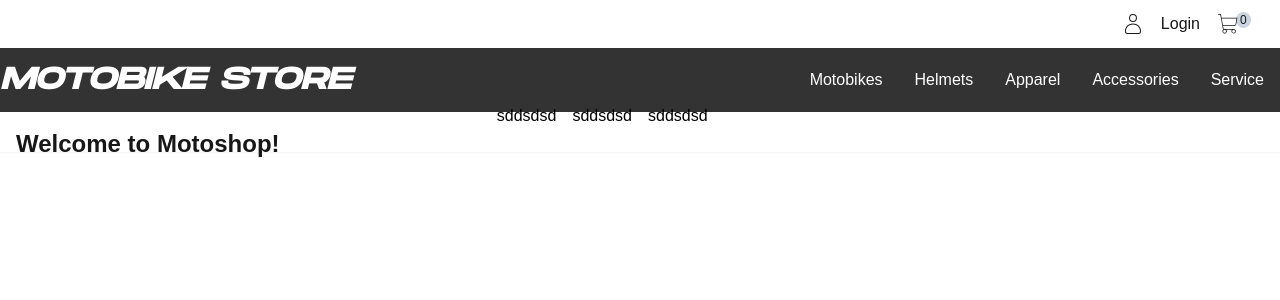
Repository: Than-sothearak/next-motoshop
Page: /
The author's editor kept a copy of each file at every save. The page is drawn from the files as they stood at one save, then again after the next save.
The browser window is 1280 px wide. The pictures show the whole page.
The project was rebuilt for these pictures with package versions that can differ from the ones it lists, and the page was loaded fresh each time. The framework's server and built-in components were replaced by stand-ins that run in the browser. Also part of the build but not shown: next.config.mjs.

Above is the page before, as saved 2024-10-10 21:35:24.

### app/layout.js
import localFont from "next/font/local";
import "./globals.css";
import Navbar from "./components/Navbar";

export const metadata = {
  title: "Create Next App",
  description: "Generated by create next app",
};

export default function RootLayout({ children }) {
  return (
    <html lang="en">
      <body

      >
        <Navbar />
        {children}
      </body>
    </html>
  );
}

### app/page.js
export default function Home() {
  return (
    <div className="p-4">
    <h1 className="text-2xl font-bold">Welcome to Motoshop!</h1>
    {/* Product listing here */}
  </div>
  );
}

### app/components/Navbar.js
"use client";
import { PiShoppingCartThin } from "react-icons/pi";
import { CiUser } from "react-icons/ci";
import { usePathname } from "next/navigation";
const links = [
  { title: "Motobikes", link: "/motobike" },
  {
    title: "Helmets",
    link: "/helmets",
    subLink: [{ title: "Fullface", link: "/helmets/fullface" }],
  },
  { title: "Apparel", link: "/apparel" },
  { title: "Accessories", link: "/accessories" },
  { title: "Service", link: "/service" },
];
export default function Navbar() {
  const partName = usePathname();
  console.log(partName);
  return (
    <>
      <div className="flex gap-4 h-12 justify-end px-10 items-center">
        <CiUser size={24} className="cursor-pointer" />
        Login
        <div>
          <div className="relative">
            <p className="absolute bg-slate-300 text-xs rounded-full px-1 left-5">
              0
            </p>
          </div>
          <PiShoppingCartThin size={24} className="relative cursor-pointer" />
        </div>
      </div>
      <nav className="mx-auto text-black bg-black/80 flex justify-between relative">
        <div className="container mx-auto flex justify-between items-center">
          <div className="h-16 flex justify-center items-center">
            <a
              href="/"
              className="italic font-bold text-3xl font-monument text-white uppercase"
            >
              Motobike store
            </a>
          </div>

          <div className="flex text-white">
            {links.map((link) => (
              <div
                key={link.title}
                className={`${
                  partName === link.link ? "bg-black underline" : ""
                } flex gap-4 h-16 px-4 justify-center items-center`}
              >
                <a href={link.link} className="cursor-pointer hover:underline">
                  <h3>{link.title} </h3>
                </a>
              </div>
            ))}
          </div>
        </div>

      <div className="container mx-auto shadow-sm p-4 h-16 justify-center flex absolute z-20 top-10">
        <div>
          <ul className="grid grid-cols-4 gap-4">
            <a>sddsdsd</a>
            <a>sddsdsd</a>
            <a>sddsdsd</a>
          </ul>
        </div>
      </div>
      </nav>

    </>
  );
}

Loaded but not shown: app/globals.css (common file); tailwind.config.js (common file)

After the next save:
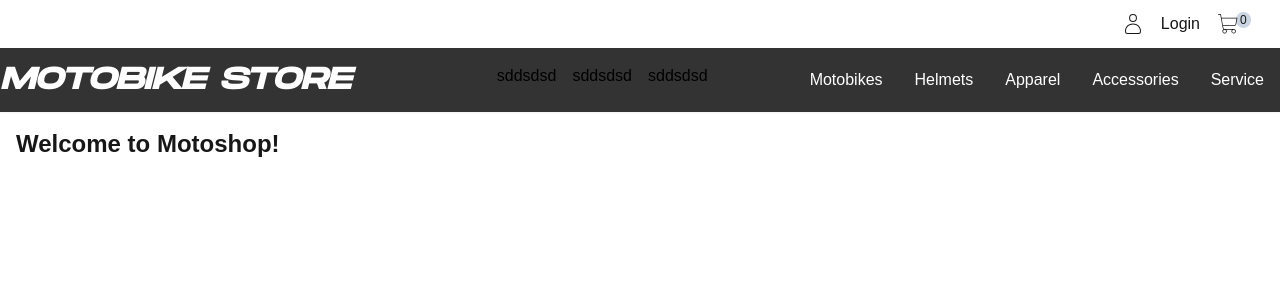
Saved 4 s later.
--- a/app/components/Navbar.js
+++ b/app/components/Navbar.js
@@ -57,7 +57,7 @@ export default function Navbar() {
           </div>
         </div>
 
-      <div className="container mx-auto shadow-sm p-4 h-16 justify-center flex absolute z-20 top-10">
+      <div className="container mx-auto shadow-sm p-4 h-16 justify-center flex absolute z-20 top-0">
         <div>
           <ul className="grid grid-cols-4 gap-4">
             <a>sddsdsd</a>
